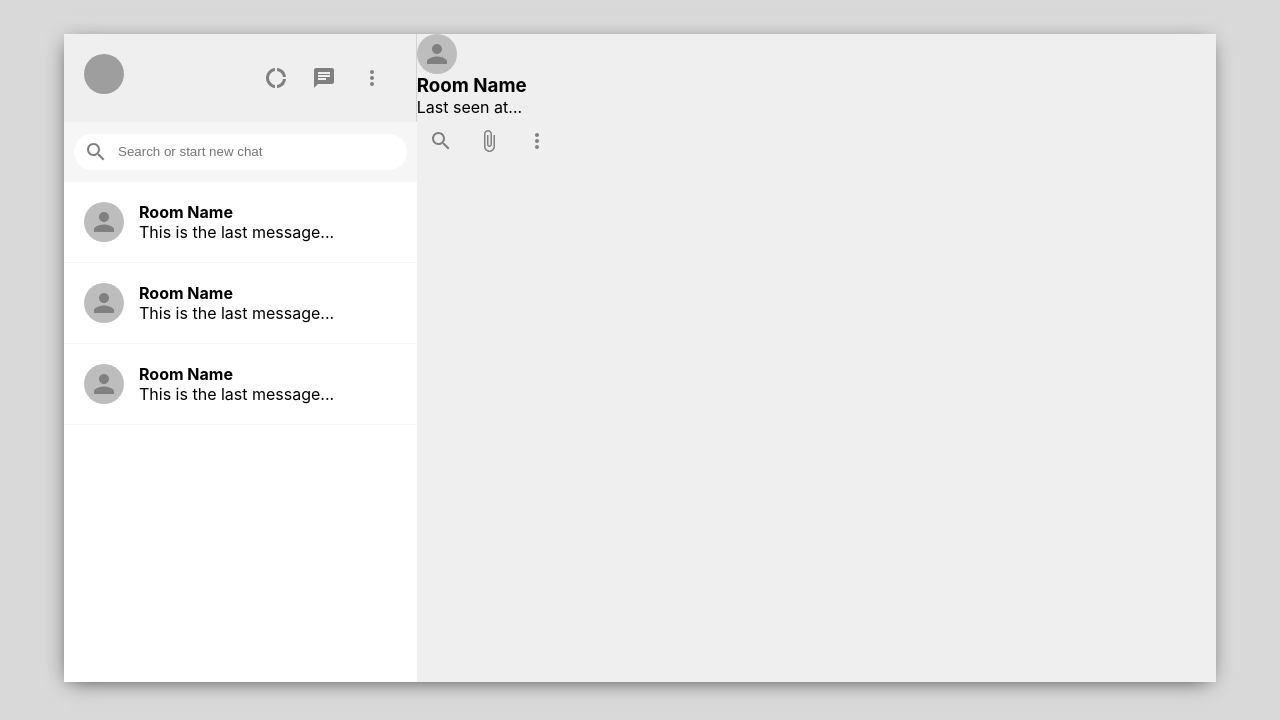
Repository: BogoGit/clone-whatsapp
Page: / (app in whatsapp-front/)
These files come from the project's save history. The page is drawn as it stood at one moment and after the next save; the edit follows.
The browser window is 1280 px wide. The pictures show the whole page.
Pictures or frames that could not be fetched are drawn as grey boxes. The project was rebuilt for these pictures with package versions that can differ from the ones it lists, and the page was loaded fresh each time.

Above is the page before, as saved 2020-11-18 21:04:30.

After the next save:
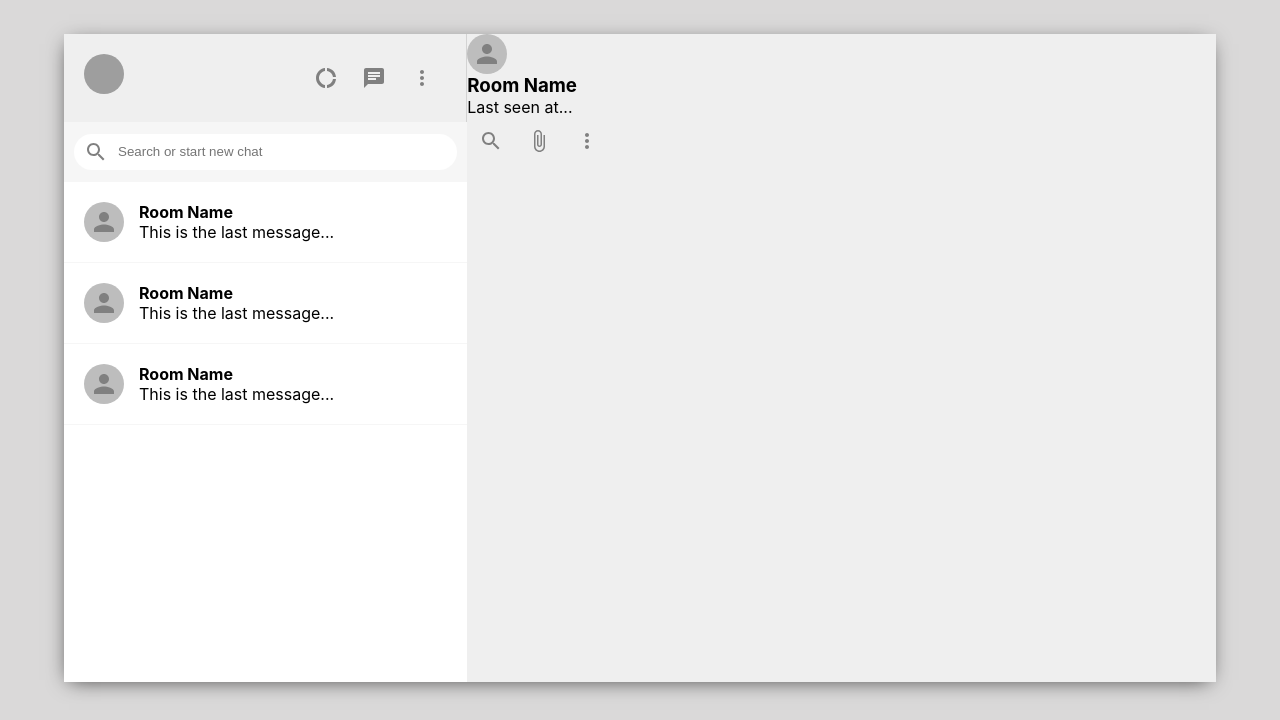
Saved 89 s later.
--- a/whatsapp-front/src/Components/Chat.js
+++ b/whatsapp-front/src/Components/Chat.js
@@ -1,4 +1,5 @@
 import React from 'react'
+import './Chat.css'
 import { Avatar, IconButton } from '@material-ui/core'
 import { AttachFile, MoreVert, SearchOutlined } from '@material-ui/icons'
 
